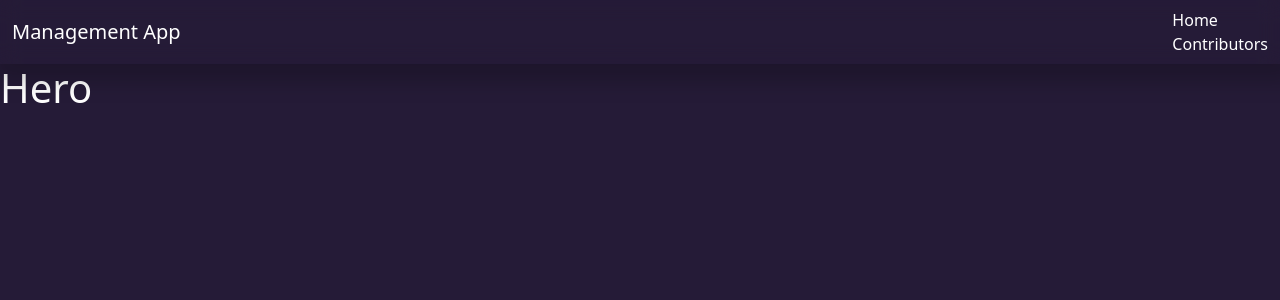
Repository: iamevs/Employee-Management-System
Page: / (app in client/)
The author's editor kept a copy of each file at every save. The page is drawn from the files as they stood at one save, then again after the next save.
The browser window is 1280 px wide. The pictures show the whole page.
The project was rebuilt for these pictures with package versions that can differ from the ones it lists, and the page was loaded fresh each time. Also part of the build but not shown: client/vite.config.js, client/src/App.css, client/src/components/Home.jsx, client/src/components/Register.jsx, client/src/components/Edit.jsx. Imported but missing from the stored project, and not drawn on this page: client/src/components/Details.

Above is the page before, as saved 2022-11-28 23:21:13.

After the next save:
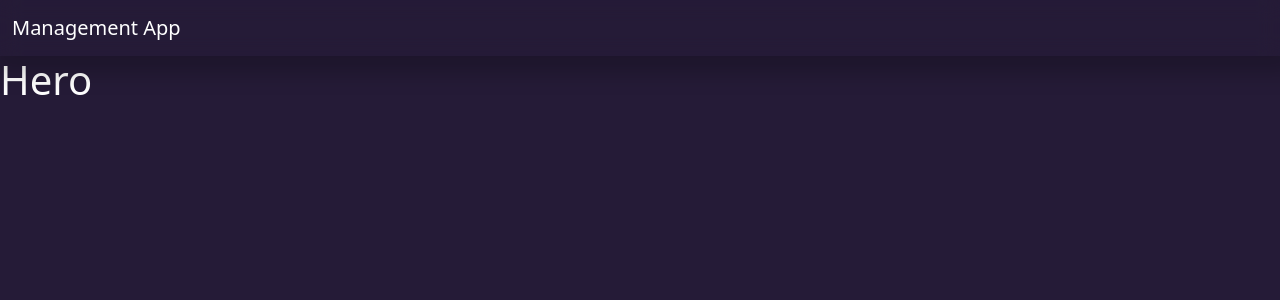
Saved 13 s later.
--- a/client/src/components/Navbar.jsx
+++ b/client/src/components/Navbar.jsx
@@ -18,19 +18,6 @@ const Navbar = () => {
                     <button className="navbar-toggler" type="button" data-bs-toggle="collapse" data-bs-target="#navbarSupportedContent" aria-controls="navbarSupportedContent" aria-expanded="false" aria-label="Toggle navigation">
                         <span className="navbar-toggler-icon"></span>
                     </button>
-                    <div className="collapse navbar-collapse" id="navbarSupportedContent">
-                        <ul className="navbar-nav me-auto mb-2 mb-lg-0">
-
-                        </ul>
-                        {/* <form className="d-flex">
-                            <input className="form-control me-2" type="search" placeholder="Search" aria-label="Search" />
-                            <button className="btn btn-outline-success" type="submit">Search</button>
-                        </form> */}
-                        <Box direction={"column"}>
-                            <a className="nav-link active text-white" aria-current="page" href="/home">Home</a>
-                            <a className="nav-link active text-white" aria-current="page" href="/">Contributors</a>
-                        </Box>
-                    </div>
                 </div>
             </Box>
         </Stack>
